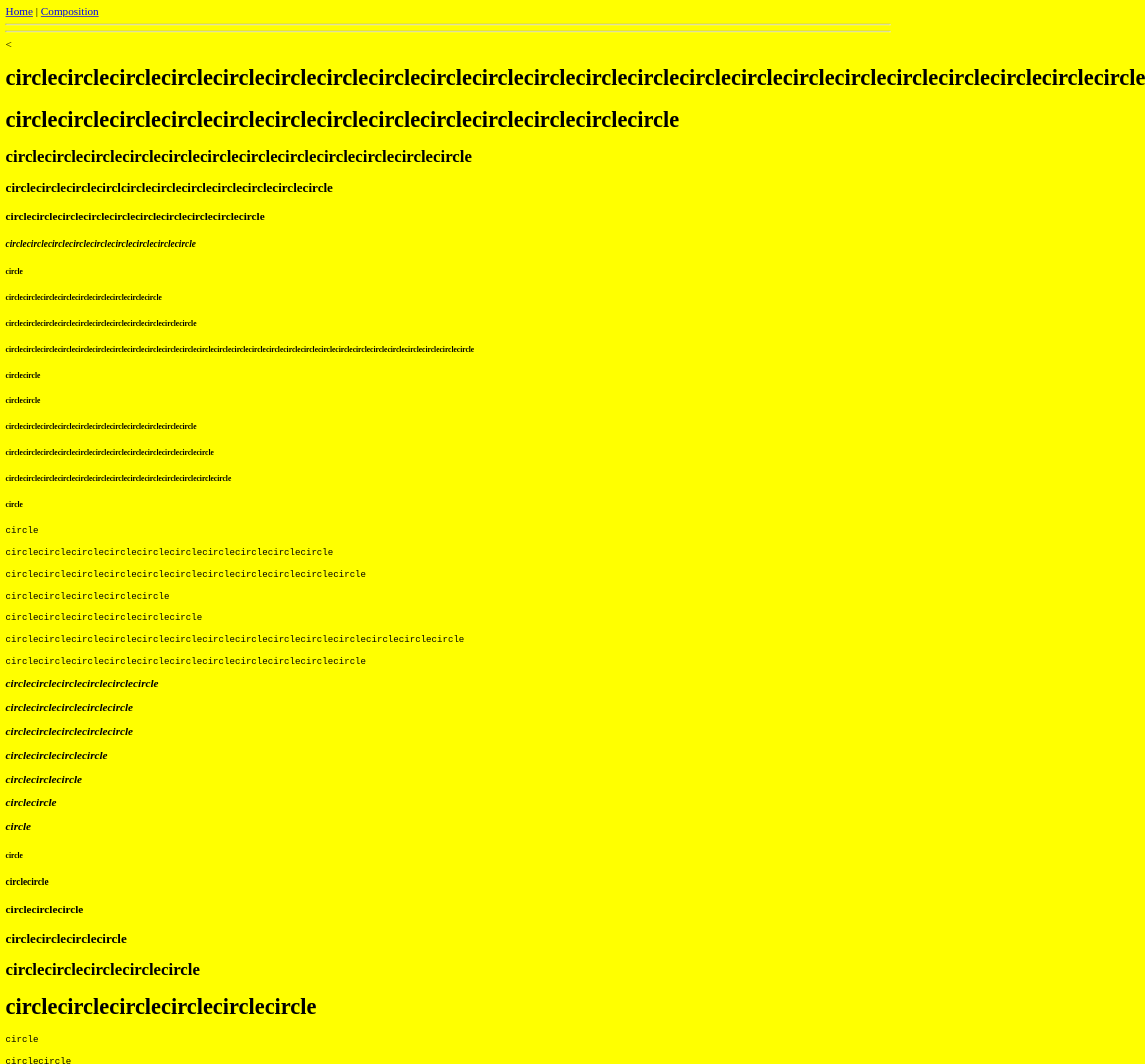
Repository: parkh899/parkh899.github.io
Page: lab/composition.html
The author's editor kept a record of every edit. The page is drawn from the files as they stood at one moment, then again after the next edit.
The browser window is 1280 px wide. The page is 1636 px wide, so the pictures cover 1636 px, including what lies to the right of the window. The pictures show the part of the page from y = 0 to 1520 px (the page is 3915 px tall before and 3889 px after), at 70% of full size.

Above is the page before.

After the next edit:
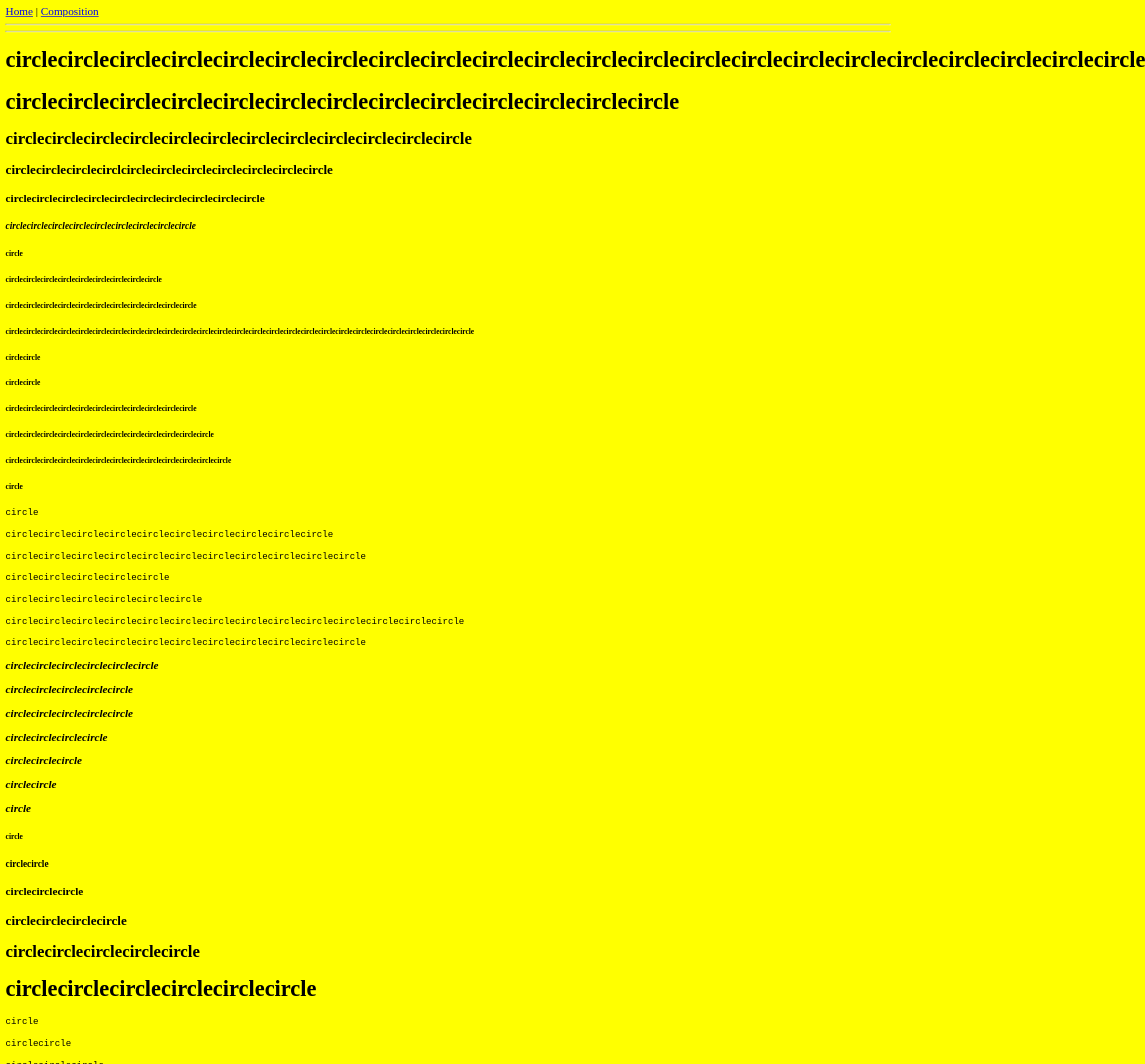
The edit:
--- a/lab/composition.html
+++ b/lab/composition.html
@@ -8,7 +8,7 @@
 
     <body bgcolor="yellow">
 
-<<h1>circlecirclecirclecirclecirclecirclecirclecirclecirclecirclecirclecirclecirclecirclecirclecirclecirclecirclecirclecirclecirclecircle</h1>
+<h1>circlecirclecirclecirclecirclecirclecirclecirclecirclecirclecirclecirclecirclecirclecirclecirclecirclecirclecirclecirclecirclecircle</h1>
 <h1>circlecirclecirclecirclecirclecirclecirclecirclecirclecirclecirclecirclecircle</h1>
 <h2>circlecirclecirclecirclecirclecirclecirclecirclecirclecirclecirclecircle</h2>
 <h3>circlecirclecirclecirclcirclecirclecirclecirclecirclecirclecircle</h3>
